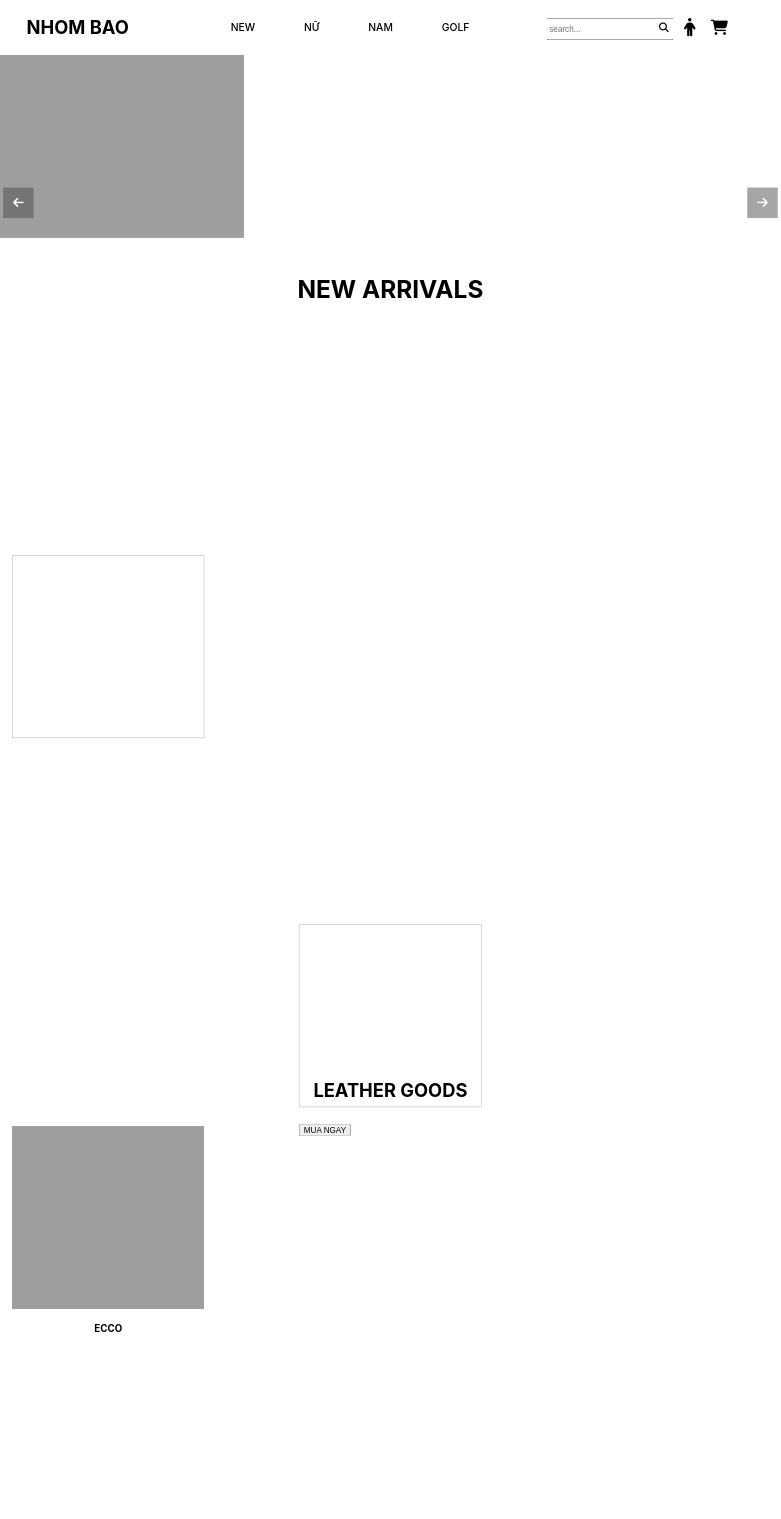
Repository: 0584386177/CuoiKiReactJs
Page: /
An editor plug-in stored every save of this project. The page is shown before and after the next save, followed by the edit.
The browser window is 1280 px wide. The pictures show the whole page, at 61% of full size.
Pictures or frames that could not be fetched are drawn as grey boxes. The page's requests for data from a server got no answer. The project was rebuilt for these pictures with package versions that can differ from the ones it lists, and the page was loaded fresh each time. No one was signed in, and anything a server would have sent is missing. Also part of the build but not shown: src/components/Men/Men.jsx, src/components/Women/Women.jsx.

Above is the page before, as saved 2023-11-11 22:52:24.

After the next save:
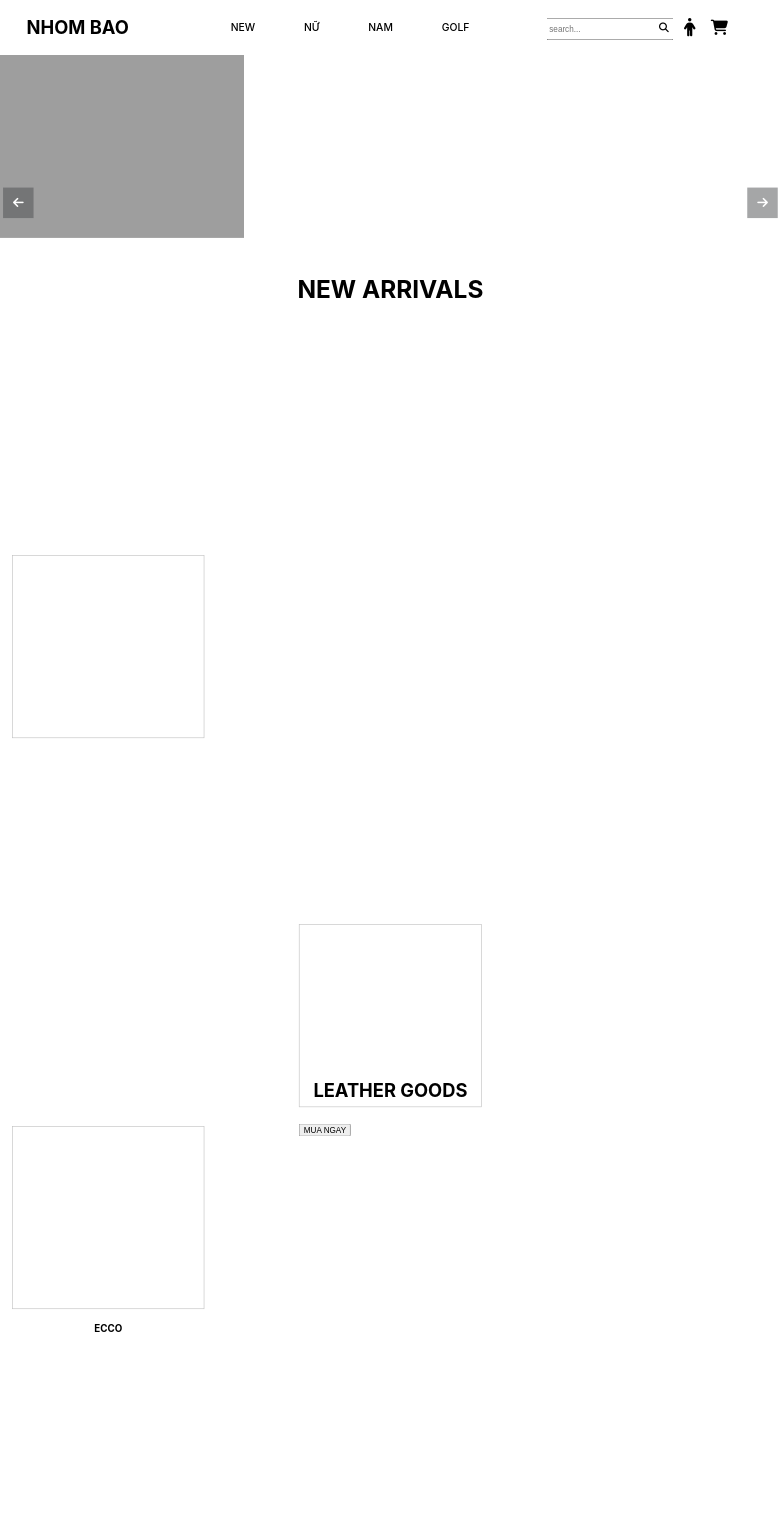
Saved 6 s later.
--- a/src/components/Page/LeatherGoods.jsx
+++ b/src/components/Page/LeatherGoods.jsx
@@ -44,7 +44,7 @@ const LeatherGoods = () => {
         {products.slice(0, 4).map((item, index) => {
           return (
             <LeartherItem>
-              <ItemImg src alt="" />
+              <ItemImg src = {item?.image} alt="" />
               <h4>ECCO</h4>
             </LeartherItem>
           );
